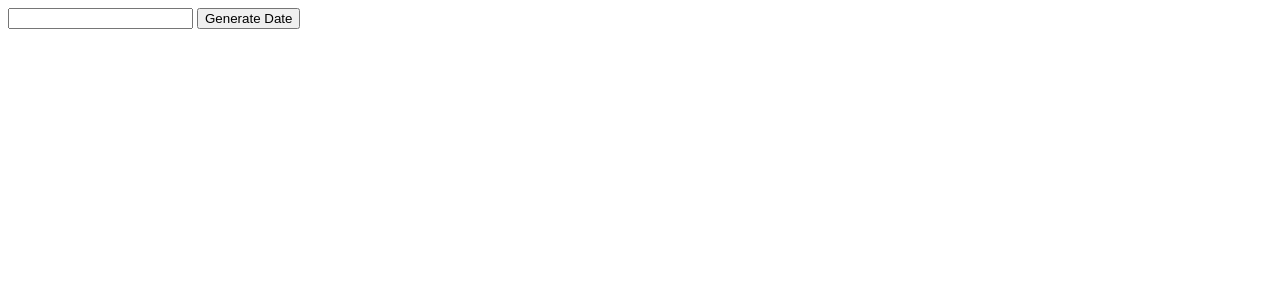
Repository: jfjadloc/jfjadloc.github.io
Page: Timestamp/index.html
The author's editor kept a copy of each file at every save. The page is drawn from the files as they stood at one save, then again after the next save.
The browser window is 1280 px wide. The pictures show the whole page.

Above is the page before, as saved 2022-02-27 20:31:46.

### Timestamp/index.html
<!DOCTYPE html>
<html lang="en">
<head>
    <meta charset="UTF-8">
    <meta http-equiv="X-UA-Compatible" content="IE=edge">
    <meta name="viewport" content="width=device-width, initial-scale=1.0">
    <title>Time Stamp Generator</title>
</head>
<body>
    <form>
        <input type="number" name="date_input" id="date_input">
        <button type="displayDate()">Generate Date</button>
    </form>

    <p id="answer"></p>

    <script>
        function displayDate() {
            var d = document.getElementById("date_input");

            document.getElementById("answer").innerHTML = Date(d);
        }
    </script>
</body>
</html>

After the next save:
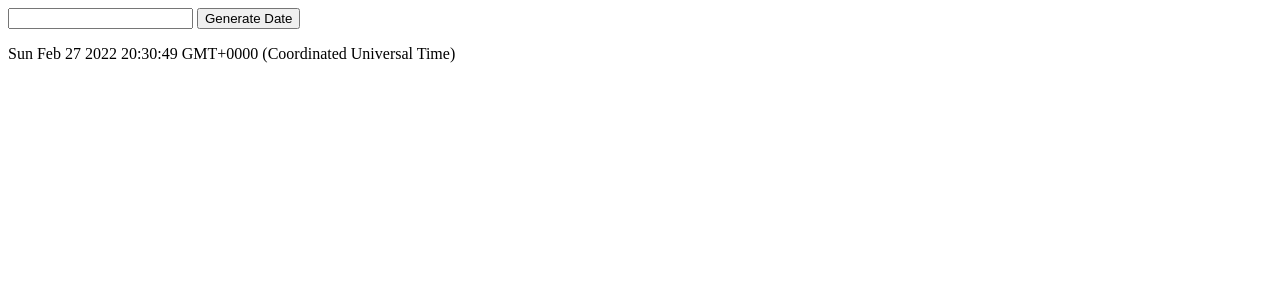
Saved 29 s later.
--- a/Timestamp/index.html
+++ b/Timestamp/index.html
@@ -15,11 +15,9 @@
     <p id="answer"></p>
 
     <script>
-        function displayDate() {
-            var d = document.getElementById("date_input");
+        var d = document.getElementById("date_input");
 
-            document.getElementById("answer").innerHTML = Date(d);
-        }
+        document.getElementById("answer").innerHTML = Date(d);
     </script>
 </body>
 </html>

After the 2 saves that followed:
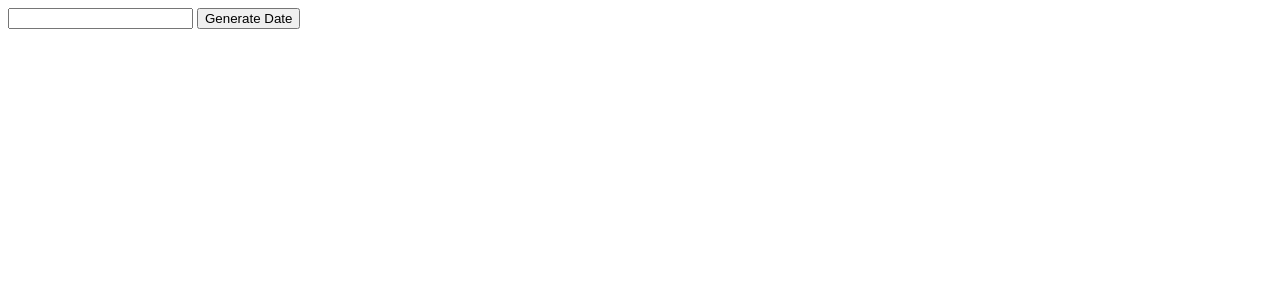
The 2 saves are shown as one change because 1 left the picture as it was.
The last was saved 61 s later.
--- a/Timestamp/index.html
+++ b/Timestamp/index.html
@@ -9,15 +9,19 @@
 <body>
     <form>
         <input type="number" name="date_input" id="date_input">
-        <button type="displayDate()">Generate Date</button>
+        <button id="myBtn">Generate Date</button>
     </form>
 
     <p id="answer"></p>
 
     <script>
-        var d = document.getElementById("date_input");
+        document.getElementById("myBtn").onclick = displayDate;
 
-        document.getElementById("answer").innerHTML = Date(d);
+        function displayDate() {
+            var d = document.getElementById("date_input");
+
+            document.getElementById("answer").innerHTML = Date(d);
+        }
     </script>
 </body>
 </html>
